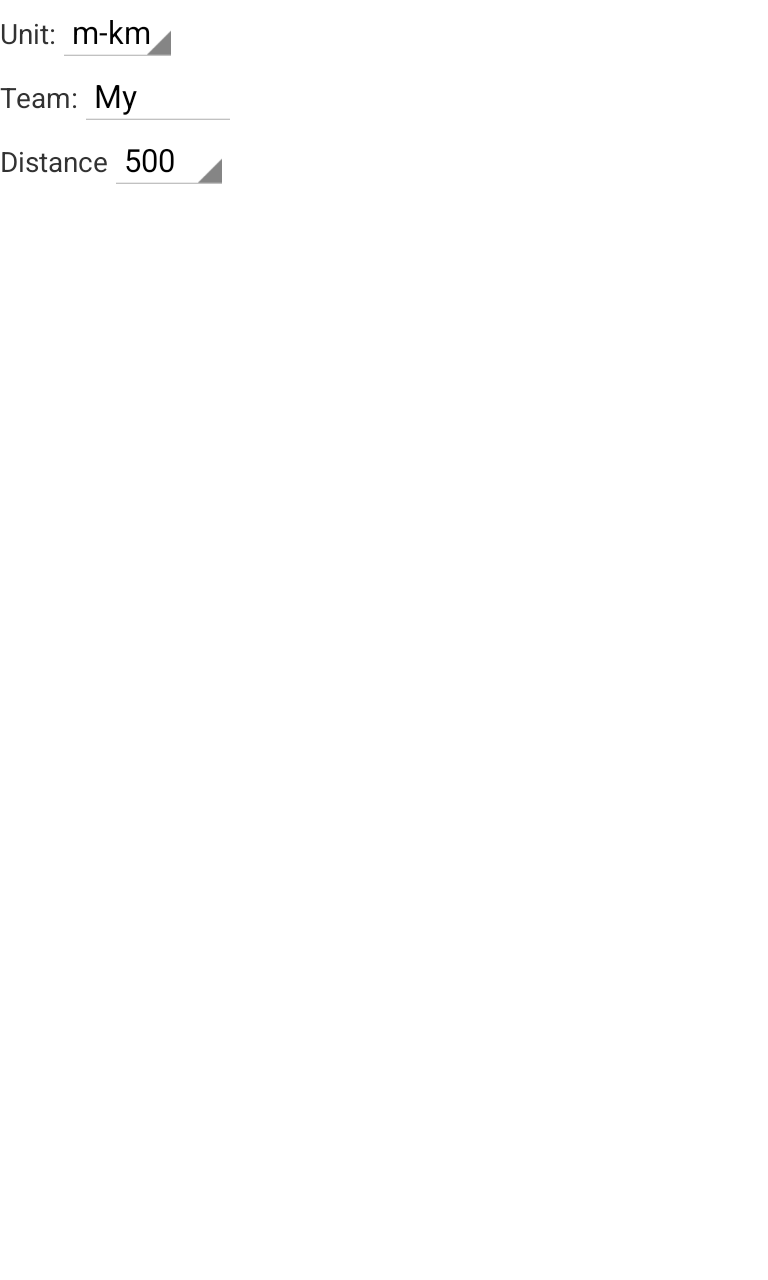
Repository: mpdehnel/seg
Layout: VectorOne/res/layout/activity_settings.xml
These files come from the project's save history. The layout is drawn as it stood at one moment and after the next save; the edit follows.
It is drawn on a 768 x 1280 px phone screen (xhdpi) without system bars, with theme AppTheme; the app's code is not run.

Above is the layout before, as saved 2013-02-21 16:01:21.

### VectorOne/res/layout/activity_settings.xml
<RelativeLayout xmlns:android="http://schemas.android.com/apk/res/android"
    xmlns:tools="http://schemas.android.com/tools"
    android:layout_width="match_parent"
    android:layout_height="match_parent"
    android:id="@+id/settings_layout">

    <LinearLayout
        android:layout_width="wrap_content"
        android:layout_height="wrap_content"
        android:orientation="vertical" >

        <LinearLayout
            android:layout_width="match_parent"
            android:layout_height="wrap_content"
            android:orientation="horizontal" >

            <TextView
                android:id="@+id/Unit"
                android:layout_width="wrap_content"
                android:layout_height="wrap_content"
                android:text="Unit:" />

            <Spinner
                android:id="@+id/visited"
                android:layout_width="wrap_content"
                android:layout_height="wrap_content"
                android:entries="@array/Unit" />

        </LinearLayout>

        <LinearLayout
            android:layout_width="match_parent"
            android:layout_height="wrap_content"
            android:orientation="horizontal" >

            <TextView
                android:id="@+id/Team"
                android:layout_width="wrap_content"
                android:layout_height="wrap_content"
                android:text="Team:" />

            <Spinner
                android:id="@+id/Team"
                android:layout_width="134dp"
                android:layout_height="wrap_content"
                android:entries="@array/Team" />

        </LinearLayout>

        <LinearLayout
            android:layout_width="wrap_content"
            android:layout_height="match_parent"
            android:orientation="horizontal" >

            <TextView
                android:id="@+id/distance"
                android:layout_width="wrap_content"
                android:layout_height="wrap_content"
                android:text="Distance" />

            <Spinner
                android:id="@+id/distance"
                android:layout_width="wrap_content"
                android:layout_height="wrap_content"
                android:layout_weight="1"
                android:entries="@array/Distance" />
        </LinearLayout>

    </LinearLayout>

</RelativeLayout>

### VectorOne/res/values/strings.xml
<resources>

    <string name="app_name">CacheCaptains</string>
    <string name="username">Username</string>
    <string name="button_maps">View</string>
    <string name="button_settings">Settings</string>
    <string name="button_user">Me</string>
    <string name="button_cachselect">Caches</string>
    <string name="button_login">LogIn</string>
    <string name="button_clear">Clear</string>
    <string name="button_registration">Register</string>
    <string name="lable_username">username:</string>
    <string name="lable_password">password:</string>
    <string name="question">Help</string>

    <string-array name="Cachs">
        <item>Yes</item>
        <item>No</item>
        <item>All</item>
    </string-array>
    <string-array name="Team">
        <item>My</item>
        <item>NotMine</item>
        <item>All</item>
    </string-array>
    <string-array name="Distance">
        <item>500</item>
        <item>1000</item>
        <item>2000</item>
        <item>5000</item>
        <item>10000</item>
        <item>All</item>
    </string-array>
    <string-array name="Unit">
        <item>m-km</item>
        <item>ft-mile</item>
    </string-array>
       <string-array name="sort">
        <item>name</item>
        <item>distance</item>
    </string-array>

    <string name="leer"></string>

    <string name="addnewCachebutton">AddNewCache</string>

</resources>

Loaded but not shown: VectorOne/res/values/styles.xml (common file); VectorOne/res/values-v11/styles.xml (common file); VectorOne/res/values-v14/styles.xml (common file)

After the next save:
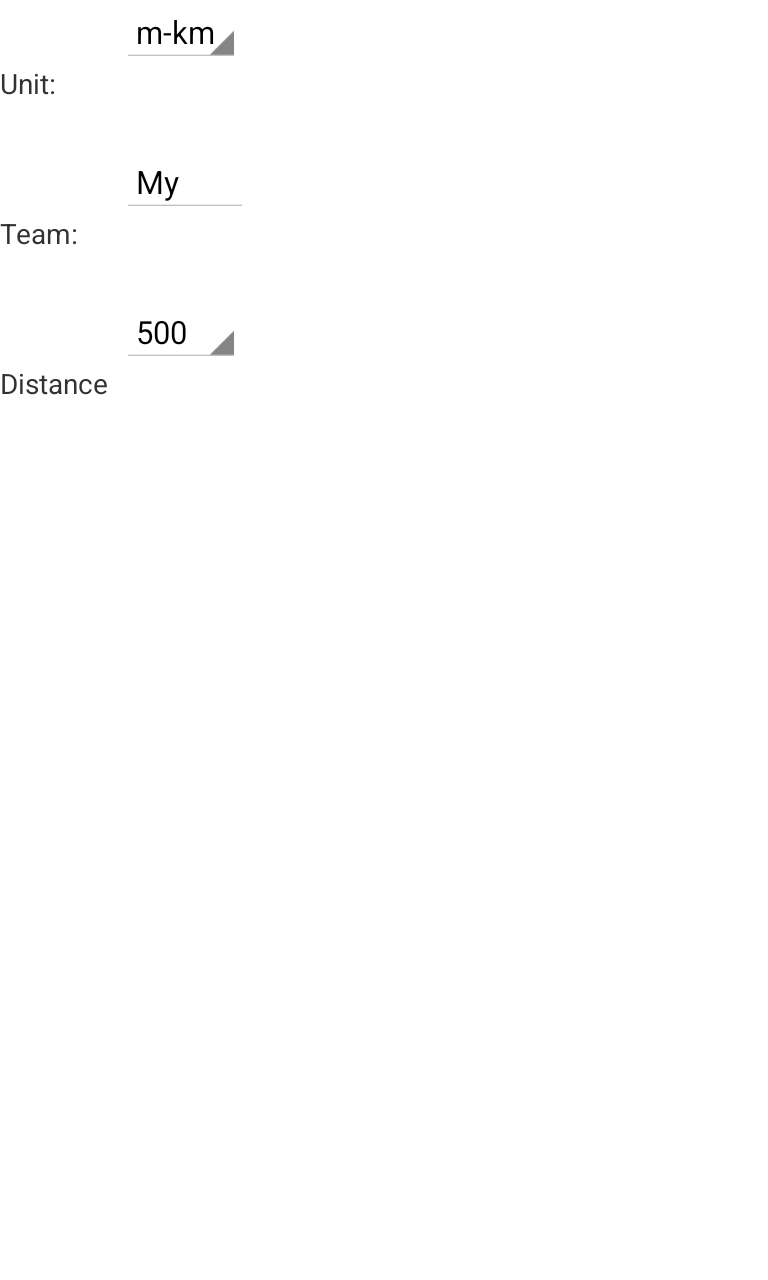
Saved 97 s later.
--- a/VectorOne/res/layout/activity_settings.xml
+++ b/VectorOne/res/layout/activity_settings.xml
@@ -16,8 +16,9 @@
 
             <TextView
                 android:id="@+id/Unit"
-                android:layout_width="wrap_content"
-                android:layout_height="wrap_content"
+                android:layout_width="60dp"
+                android:layout_height="50dp"
+                android:layout_marginTop="25"
                 android:text="Unit:" />
 
             <Spinner
@@ -25,7 +26,6 @@
                 android:layout_width="wrap_content"
                 android:layout_height="wrap_content"
                 android:entries="@array/Unit" />
-
         </LinearLayout>
 
         <LinearLayout
@@ -35,8 +35,9 @@
 
             <TextView
                 android:id="@+id/Team"
-                android:layout_width="wrap_content"
-                android:layout_height="wrap_content"
+                android:layout_width="60dp"
+                android:layout_height="50dp"
+                android:layout_marginTop="25"
                 android:text="Team:" />
 
             <Spinner
@@ -44,7 +45,6 @@
                 android:layout_width="134dp"
                 android:layout_height="wrap_content"
                 android:entries="@array/Team" />
-
         </LinearLayout>
 
         <LinearLayout
@@ -54,8 +54,9 @@
 
             <TextView
                 android:id="@+id/distance"
-                android:layout_width="wrap_content"
-                android:layout_height="wrap_content"
+                android:layout_width="60dp"
+                android:layout_height="50dp"
+                android:layout_marginTop="25"
                 android:text="Distance" />
 
             <Spinner
@@ -65,7 +66,6 @@
                 android:layout_weight="1"
                 android:entries="@array/Distance" />
         </LinearLayout>
-
     </LinearLayout>
 
 </RelativeLayout>
